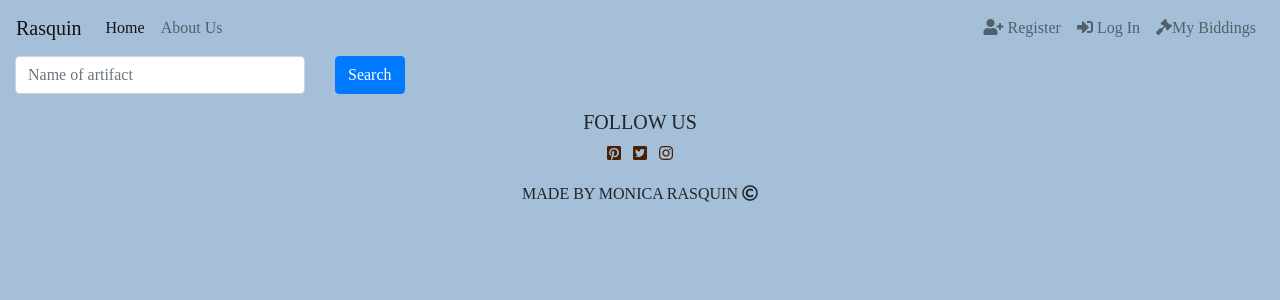
Repository: Rasquin/auction
Page: templates/base.html
The author's editor kept a record of every edit. The page is drawn from the files as they stood at one moment, then again after the next edit.
The browser window is 1280 px wide. The pictures show the whole page.
The template is drawn by Django 2.2. The application's start-up code is not run. Other server files are loaded and not shown. The template is opened directly, without the code that normally fills it, so the values that code supplies are empty.

Above is the page before.

### templates/base.html
<!DOCTYPE html>

{% load staticfiles %}

<html lang="en">

<head>
    <meta charset="UTF-8">
    <meta name="viewport" content="width=device-width, initial-scale=1.0">
    <meta http-equiv="X-UA-Compatible" content="ie=edge">

    <!-- Bootstrap compiled and minified CSS -->
    <link rel="stylesheet" href="https://stackpath.bootstrapcdn.com/bootstrap/4.3.1/css/bootstrap.min.css" integrity="sha384-ggOyR0iXCbMQv3Xipma34MD+dH/1fQ784/j6cY/iJTQUOhcWr7x9JvoRxT2MZw1T" crossorigin="anonymous">

    <!-- Font Awesome compiled and minified CSS -->
    <link rel="stylesheet" href="{% static 'font-awesome/css/all.css' %}">

    <!-- Own CSS -->
    <link rel="stylesheet" href="{% static 'css/mystyle.css' %}" type="text/css" />


    {% block head_js %}
    {% endblock head_js %}

    <title>Monica's Auction</title>
</head>


<body>
    <!-- NavBar area -  Fixed masthead -->
    <nav class="navbar navbar-expand-lg navbar-light bg-light">
        <a class="navbar-brand" href="#">Rasquin</a>
        <button class="navbar-toggler" type="button" data-toggle="collapse" data-target="#navbarSupportedContent" aria-controls="navbarSupportedContent" aria-expanded="false" aria-label="Toggle navigation">
            <span class="navbar-toggler-icon"></span>
        </button>

        <div class="collapse navbar-collapse" id="navbarSupportedContent">
            <ul class="navbar-nav mr-auto">
                <li class="nav-item active">
                    <a class="nav-link" href="{% url 'index' %}">Home <span class="sr-only">(current)</span></a>
                </li>
                <li class="nav-item">
                    <a class="nav-link" href="#">About Us</a>
                </li>
            </ul>
            <ul class="navbar-nav navbar-right">
                    {% if user.is_authenticated %}
                        <li class="nav-item">
                            <a class="nav-link" href="{% url 'profile' %}"><i class="fa fa-user"></i> Profile</a>
                        </li>
                        <li class="nav-item">
                            <a class="nav-link" href="{% url 'logout' %}"><i class="fa fa-sign-out-alt"></i> Log Out</a>
                        </li>
                    {%  else %}
                        <li class="nav-item">
                            <a class="nav-link" href="{% url 'register' %}"><i class="fa fa-user-plus"></i> Register</a>
                        </li>
                        <li class="nav-item">
                            <a class="nav-link" href="{% url 'login' %}"><i class="fa fa-sign-in-alt"></i> Log In</a>
                        </li>
                    {% endif %}
                        <li class="nav-item">
                            <a class="nav-link" href="{% url 'view_my_biddings' %}">
                                <i class="fas fa-gavel"></i>My Biddings
                                {% if product_count > 0 %}
                                <label class="badge badge-warning">{{ product_count }}</label>
                                {% endif %}
                            </a>
                        </li>

                </ul>
        </div>
    </nav>

    <!-- Messages area -->
    {% if messages %}
        <div class="alert alert-success">
            <div class="messages">
                {% for message in messages %}
                    {{ message }}
                {% endfor %}
            </div>
        </div>
    {% endif %}

    <!-- Search area -->
    <div class="container-fluid">
        <div class="row display">

            <form action="{% url 'search_by_name' %}" method="get" class="col-12">
                {% csrf_token %}
                <div class="form-group">
                    <div class="row">
                        <div class="col-8 col-md-6 col-lg-3">
                            <input type="text" class="form-control" id="artifact_name" name="artifact_name" required placeholder="Name of artifact">
                        </div>
                        <div class="col-1">
                            <button class="btn btn-primary" type="search">Search</button>
                        </div>
                    </div>
                </div>
            </form>

        </div>
    </div>

        <!-- Block content area -->
    <div class="container-fluid">
        {% block content %} {% endblock %}
    </div>

    <!-- Footer area -->
    <footer class="container-fluid">


        <!-- SOCIAL MEDIA-->
        <div class="row ">
            <div class="col-12 text-center">
                <h5 class="text-uppercase">Follow Us</h5>
                <ul class="list-inline social-links">
                    <li class="list-inline-item"><a href="#"><i class="fab fa-pinterest-square"  aria-hidden="true"></i></a></li>
                    <li class="list-inline-item"><a href="#"><i class="fab fa-twitter-square" aria-hidden="true"></i></a></li>
                    <li class="list-inline-item"><a href="#"><i class="fab fa-instagram" aria-hidden="true"></i></a></li>
                </ul>
            </div>
        </div>

        <!--COPYRIGHT-->
        <div class="row ">
            <div class="col-12">

                <p class="text-center text-uppercase">Made by Monica Rasquin <i class="far fa-copyright"></i> </p>
            </div>
        </div>
    </footer>

    <!-- Bootstrap compiled and minified JavaScript -->
    <script src="https://code.jquery.com/jquery-3.3.1.slim.min.js" integrity="sha384-q8i/X+965DzO0rT7abK41JStQIAqVgRVzpbzo5smXKp4YfRvH+8abtTE1Pi6jizo" crossorigin="anonymous"></script>
    <script src="https://cdnjs.cloudflare.com/ajax/libs/popper.js/1.14.7/umd/popper.min.js" integrity="sha384-UO2eT0CpHqdSJQ6hJty5KVphtPhzWj9WO1clHTMGa3JDZwrnQq4sF86dIHNDz0W1" crossorigin="anonymous"></script>
    <script src="https://stackpath.bootstrapcdn.com/bootstrap/4.3.1/js/bootstrap.min.js" integrity="sha384-JjSmVgyd0p3pXB1rRibZUAYoIIy6OrQ6VrjIEaFf/nJGzIxFDsf4x0xIM+B07jRM" crossorigin="anonymous"></script>

</body>
</html>

Loaded but not shown: static/font-awesome/css/all.css (library); static/css/mystyle.css (common file)

After the next edit:
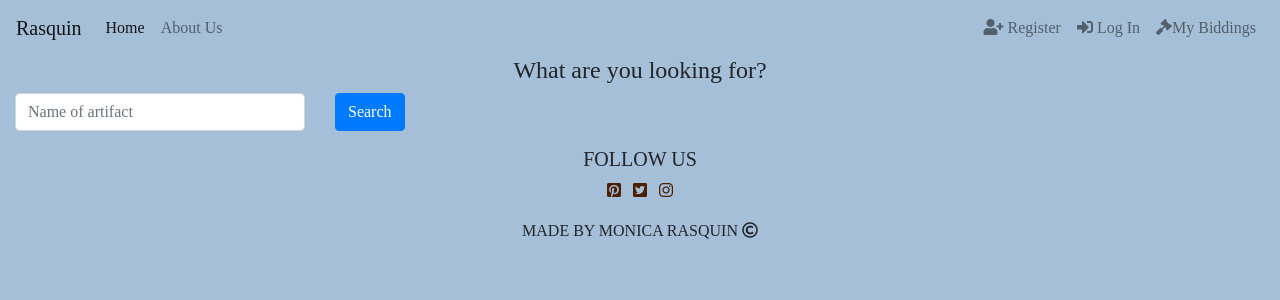
The edit:
--- a/templates/base.html
+++ b/templates/base.html
@@ -85,7 +85,8 @@
 
     <!-- Search area -->
     <div class="container-fluid">
-        <div class="row display">
+        <h4 class="text-center"> What are you looking for?</h4>
+        <div class="row ">
 
             <form action="{% url 'search_by_name' %}" method="get" class="col-12">
                 {% csrf_token %}
